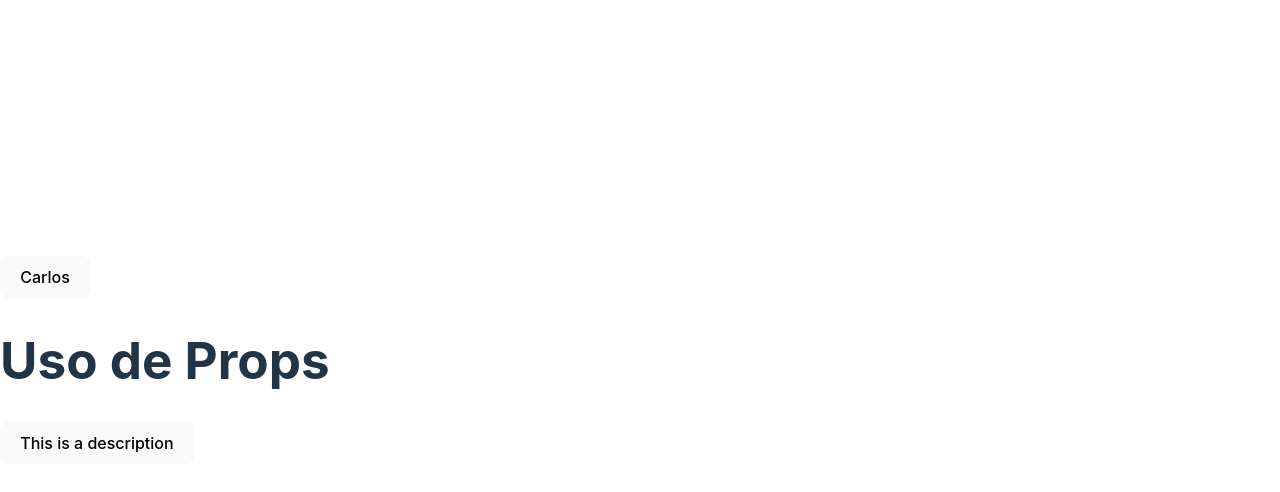
Repository: ikabeee/shopping-car
Page: /
These files come from the project's save history. The page is drawn as it stood at one moment and after the next save; the edit follows.
The browser window is 1280 px wide. The pictures show the whole page.
The project was rebuilt for these pictures with package versions that can differ from the ones it lists, and the page was loaded fresh each time. Also part of the build but not shown: vite.config.ts.

Above is the page before, as saved 2024-10-17 14:49:12.

### index.html
<!doctype html>
<html lang="en">
  <head>
    <meta charset="UTF-8" />
    <link rel="icon" type="image/svg+xml" href="/vite.svg" />
    <meta name="viewport" content="width=device-width, initial-scale=1.0" />
    <title>Carrito de Compras</title>
  </head>
  <body>
    <div id="root"></div>
    <script type="module" src="/src/main.tsx"></script>
  </body>
</html>

### src/App.tsx

//Importar los estilos de bootstrap
import 'bootstrap/dist/css/bootstrap-grid.min.css'
import Button from './components/Button'
import ButtonProps from './components/ButtonProps'

function App() {


  return (
    <>

    <Button/>
    <ButtonProps description='This is a description'/>
    </>
  )
}

export default App

### src/components/Button.tsx
import { useState } from "react"

const Button=()=>{
    const [nameStudent, setNameStudent] = /*Hook*/useState('Carlos');
    const showNameStudent = () =>{
        setNameStudent('Sebastián')
    }
    return(
        <>
        {/*<>Main Tags</> */}

        <button type="button" className="btn btn-primary" onClick={showNameStudent}> {nameStudent}</button>
        </>
    )
}

export default Button

### src/components/ButtonProps.tsx
/*Mediante interfaces podrás asignar caracteristicas dinamicas en el componente*/
interface ButtonProps{
    /*Attributos que los componentes pueden cambiar*/
    description:string,
    disabled:boolean,
    style:string,

}
const ButtonProps = ({description, disabled, style}:ButtonProps) => {
    /*description está recibiendo los tipos de datos que está recibiendo el componente*/
    return (
        <>
        <h1>Uso de Props</h1>
        <button className={style} disabled={disabled}>{description}</button>
        </>

    )
}

export default ButtonProps

Loaded but not shown: src/main.tsx (common file); src/index.css (common file)

After the next save:
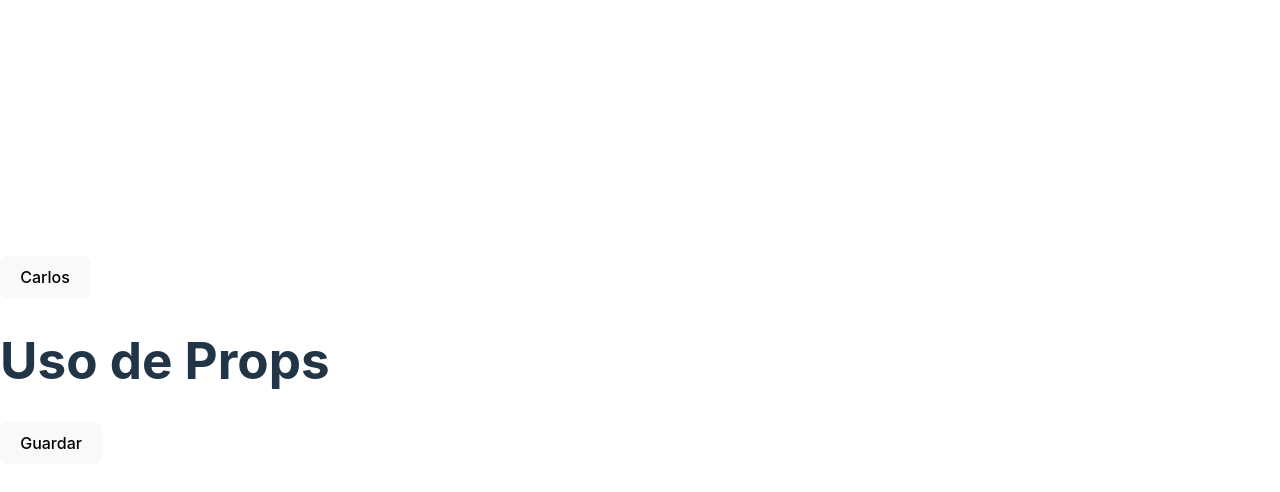
Saved 77 s later.
--- a/src/App.tsx
+++ b/src/App.tsx
@@ -11,7 +11,7 @@ function App() {
     <>
 
     <Button/>
-    <ButtonProps description='This is a description'/>
+    <ButtonProps description='Guardar'/>
     </>
   )
 }
